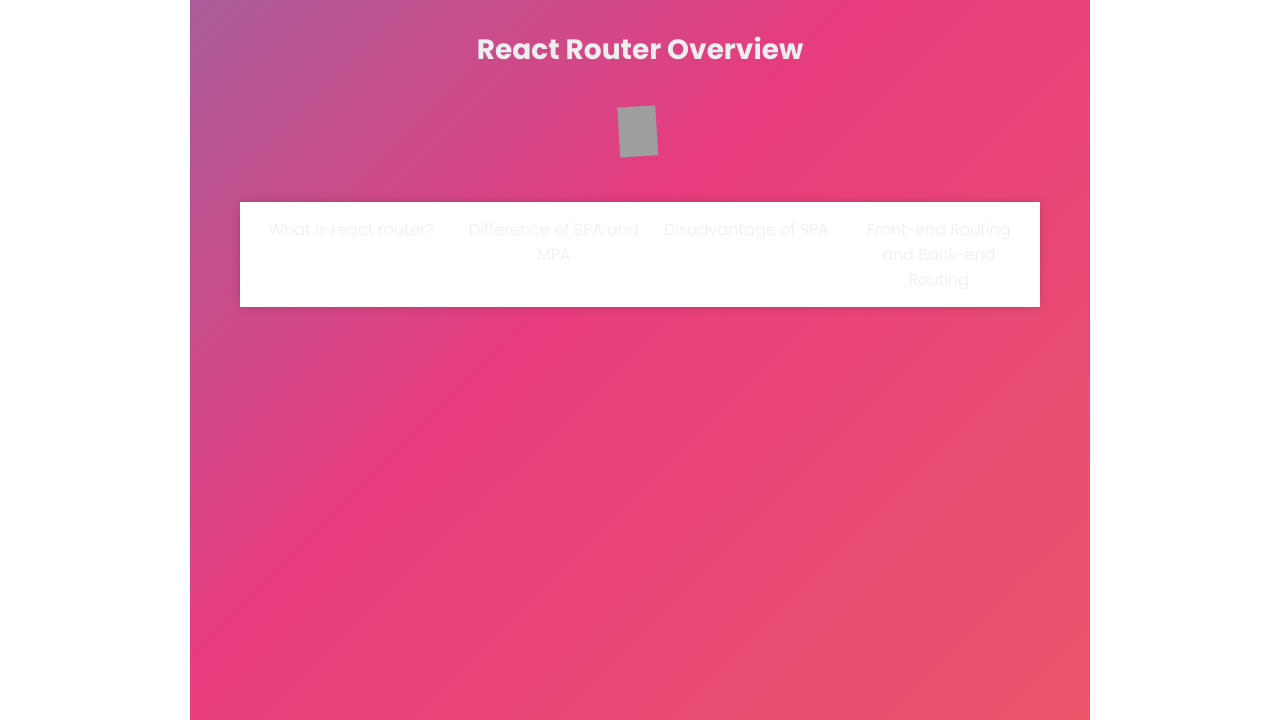
Repository: nguy3nds/2021-18-9-react
Page: /How
The author's editor kept a copy of each file at every save. The page is drawn from the files as they stood at one save, then again after the next save.
The browser window is 1280 px wide. The pictures show the whole page.
Pictures or frames that could not be fetched are drawn as grey boxes. The project was rebuilt for these pictures with package versions that can differ from the ones it lists, and the page was loaded fresh each time. Also part of the build but not shown: src/components/What.js, src/components/Why.js, src/components/How.js, src/components/Tung.js.

Above is the page before, as saved 2021-09-19 22:39:10.

After the next save:
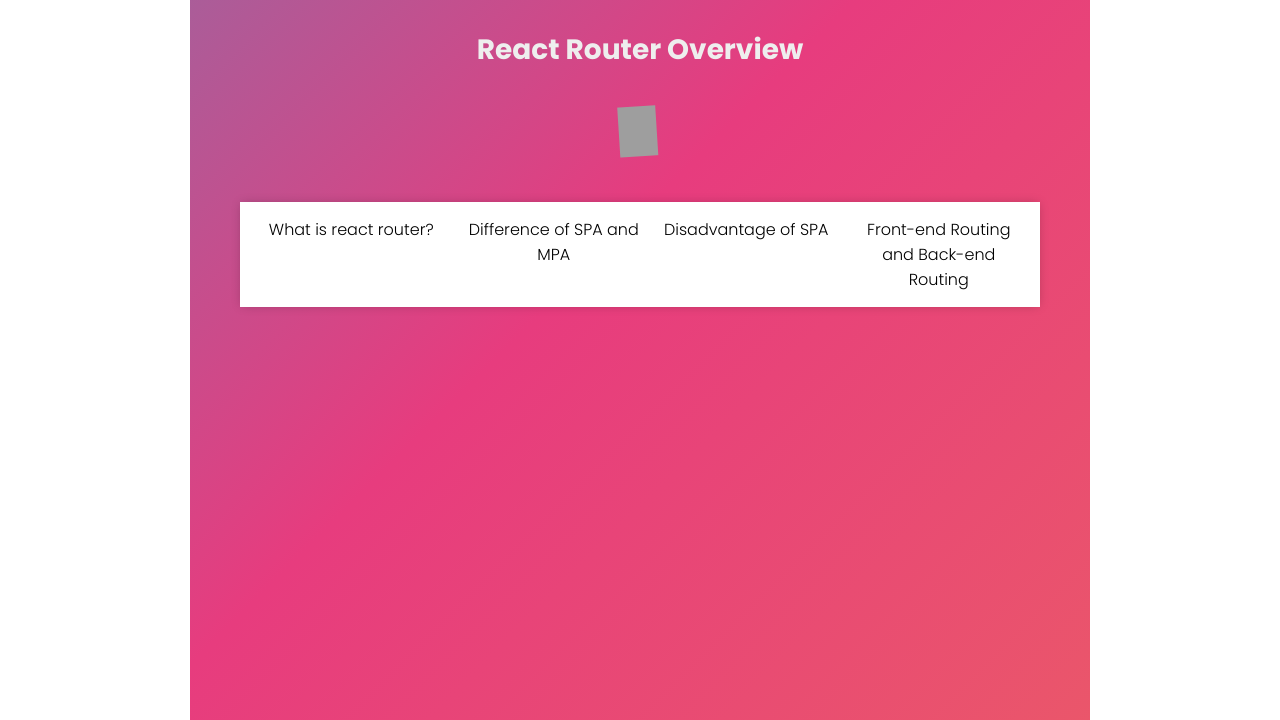
Saved 10 s later.
--- a/src/App.css
+++ b/src/App.css
@@ -37,7 +37,7 @@ a {
   text-decoration: none;
   font-family: var(--font);
   font-size: 1.6rem;
-  color: #eee;
+  color: black;
 }
 
 input,
